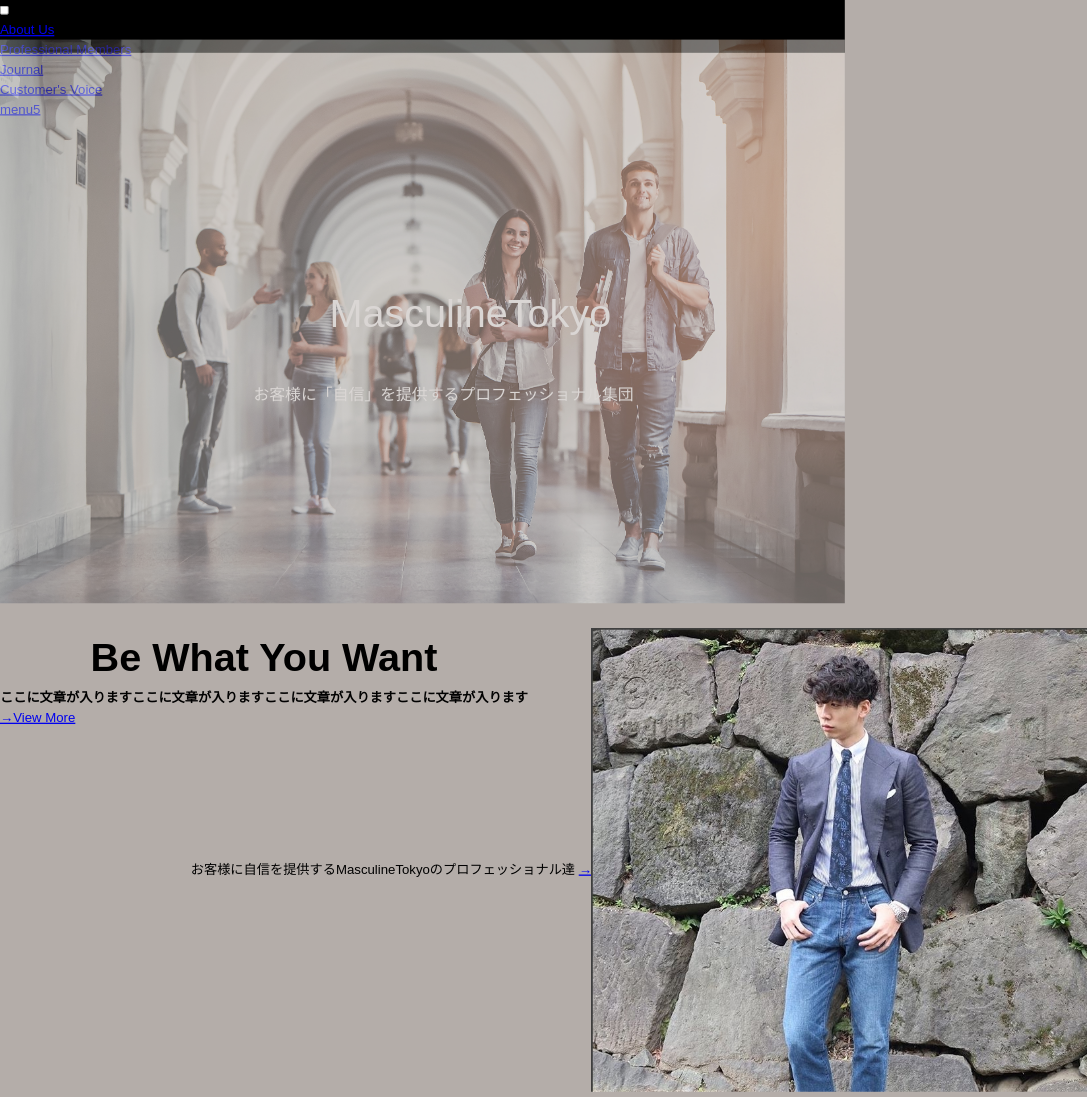
Repository: takumi-kojima0901/js.practice
Page: MasculineTokyo HP/MasculineTokyo.html
The author's editor kept a record of every edit. The page is drawn from the files as they stood at one moment, then again after the next edit.
The browser window is 1280 px wide. The page is 1647 px wide, so the pictures cover 1647 px, including what lies to the right of the window. The pictures show the whole page, at 66% of full size.

Above is the page before.

### MasculineTokyo HP/MasculineTokyo.html
<!DOCTYPE html>
<html>
  <head>
    <meta charset="UTF-8">
    <title>Masculine Tokyo～お客様に「自信」を提供するプロフェッショナル集団～</title>
     <link rel="Masculine stylesheet" href="Masculine stylesheet.css">
  </head>

  <!–メニューボタン作成*/–>
  <header>
  <div id="nav-drawer">
      <input id="nav-input" type="checkbox" class="nav-unshown">
      <label id="nav-open" for="nav-input"><span></span></label>
      <label class="nav-unshown" id="nav-close" for="nav-input"></label>
      <div id="nav-content">
		<ul>
		<li><a href="#">About Us</a></li>
		<li><a href="#">Professional Members</a></li>
		<li><a href="#">Journal</a></li>
		<li><a href="#">Customer's Voice</a></li>
		<li><a href="#">menu5</a></li>
		</ul>
      </div>
  </div>
</header>
  <!–メニューボタン作成終了*/–>

  <body>
      <body bgcolor="#DDDDDD">

　　　<div class="text-image">
  　　　　<img src="corridor.jpg" alt="文字の代替">
  　　　　<p>MasculineTokyo</p>
  　 　　<p2>お客様に「自信」を提供するプロフェッショナル集団</p2>
　　　</div>

     <div class="clearfix">
       <div class="text-box-BeWhatYouWant">
         <h1 class=Catch_Phrase>
         Be What You Want
         </h1>
         <h2 class=setumei>
         ～なりたい自分になる～
         </h2>
         <h3 class="text-mas1">
         ここに文章が入りますここに文章が入りますここに文章が入りますここに文章が入ります
         </h3>
         <a href="#">
             →View More
         </a>
      </div>
        <div class="BeWhat">
              <img src="kasamatsu.jpg">
        </div>
     </div>

      <div class="members">
         <h2 class=Our_Members>
         Our Members
         </h2>
        <p class="text-mas1">
         お客様に自信を提供するMasculineTokyoのプロフェッショナル達

        <a href="#">
            →View More
        </a>
      </div>

     <div class="case">


  </body>
</html>

### MasculineTokyo HP/Masculine stylesheet.css
@charset "utf-8";

body {
	margin: 0;
	padding: 0;
	font-family: "ヒラギノ角ゴ Pro W3", "Hiragino Kaku Gothic Pro", "メイリオ", Meiryo, Osaka, "ＭＳ Ｐゴシック", "MS PGothic", sans-serif;
	color: #333;
	font-size: 20px;
	line-height: 150%;
}

/*ここからはメニューボタンの装飾*/

* {
  margin: 0;
  padding: 0;
  }
body {
  background: #b4ada9;
}
header {
  position: fixed;
  width: 100%;
  height: 80px;
  background: #000000;
}
#nav{
  position: absolute;
  height: 100vh;
  width: 40%;
  left: -40%;
  top: 0;
  background: #ffffff;
  transition: .7s;
}
#nav ul{
  padding-top: 80px;
}
#nav ul li{
  list-style-type: none;
  font-size: 20px;
}
#nav a{
  display: block;
  text-decoration: none;
  color: #000000;
  margin: 0 15px;
  padding: 10px;
  transition: .5s;
}
#nav li a:hover{
  color: #ffffff;
  background: #cd5c5c;
  border-bottom: none;
}
#hamburger {
  display: block;
  position: absolute;
  top: 20px;
  left: 30px;
  width: 50px;
  height: 44px;
  cursor: pointer;
  transition: 1s;
}
.inner_line {
  display: block;
  position: absolute;
  left: 0;
  width: 50px;
  height: 3px;
  background-color: #ffffff;
  transition: 1s;
  border-radius: 4px;
}
#line1 {
  top: 0;
}
#line2 {
  top: 20px;
}
#line3 {
  bottom: 0px;
}
h1, h2 {
  text-align: center;
  line-height: 90px;
  color: #ffffff;
}
h2 {
  display: none;
}
p {
  padding-top: 200px;
  text-align: center;
}
.in{
  transform: translateX(100%);
}
.line_1,.line_2,.line_3{
  background: #000000;
}
.line_1 {
  transform: translateY(20px) rotate(-45deg);
  top: 0;
}
.line_2 {
  opacity: 0;
}
.line_3 {
  transform: translateY(-20px) rotate(45deg);
  bottom: 0;
}

@media screen and (max-width: 480px) {
  #nav ul li {
    font-size: 14px;
  }
  h1 {
    display: none;
  }
  h2 {
    display: block;
    font-size: 14px;
  }
}

/*ここまでメニューボタンの装飾*/

.text-image {
  position: relative;
  width: 100%;
  opacity: 0.5;
}

.text-image img {
  width: 100%;
}


.text-image p {
  position: absolute;
  top: 25%;
  font-size: 60px;
  color: #ffffff;
  text-align: center;
  left: 39%
}

.text-image p2 {
  position: absolute;
  top: 60%;
  font-size: 24px;
  color: #ffffff;
  text-align: center;
  left: 30%
}

.clearfix::after {
   content: "";
   display: block;
   clear: both;
}

.text-box-BeWhatYouWant {
 float: left;
}

.Catch_Phrase {
	color: black;
	font-size: 60px;
}

.setumei {
  color: black;
	font-size: 36px;
}

.text-mas1 {
  color: black;
	font-size: 20px;
}


.BeWhat {            /*1枚目の写真*/
  position:absolute;
	right:10%;
  width:20% ;
  float: left;
  }


/* "#" で始まる内部リンク */
a[href="#1"] {
		background-color: gold;
}

a[href="#2"] {
		background-color: gold;
}

.Our_Members {
	color: black;
	font-size: 60px;
	text-align: right ;
	position:absolute;
	right:10%;
}

After the next edit:
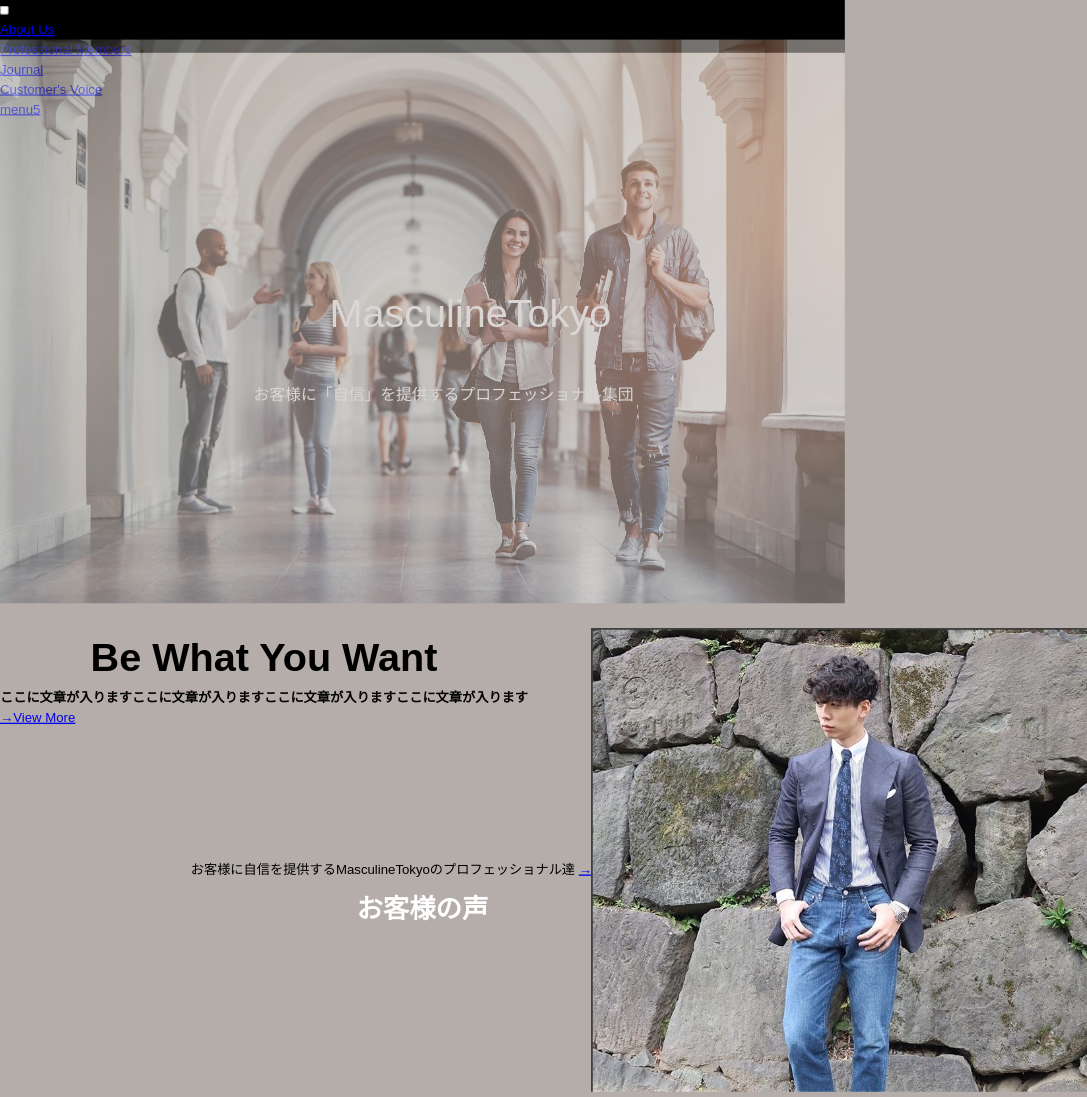
The edit:
--- a/MasculineTokyo HP/MasculineTokyo.html
+++ b/MasculineTokyo HP/MasculineTokyo.html
@@ -67,6 +67,10 @@
       </div>
 
      <div class="case">
+         <h1 class=costomer>お客様の声<h2>
+
+
+
 
 
   </body>
